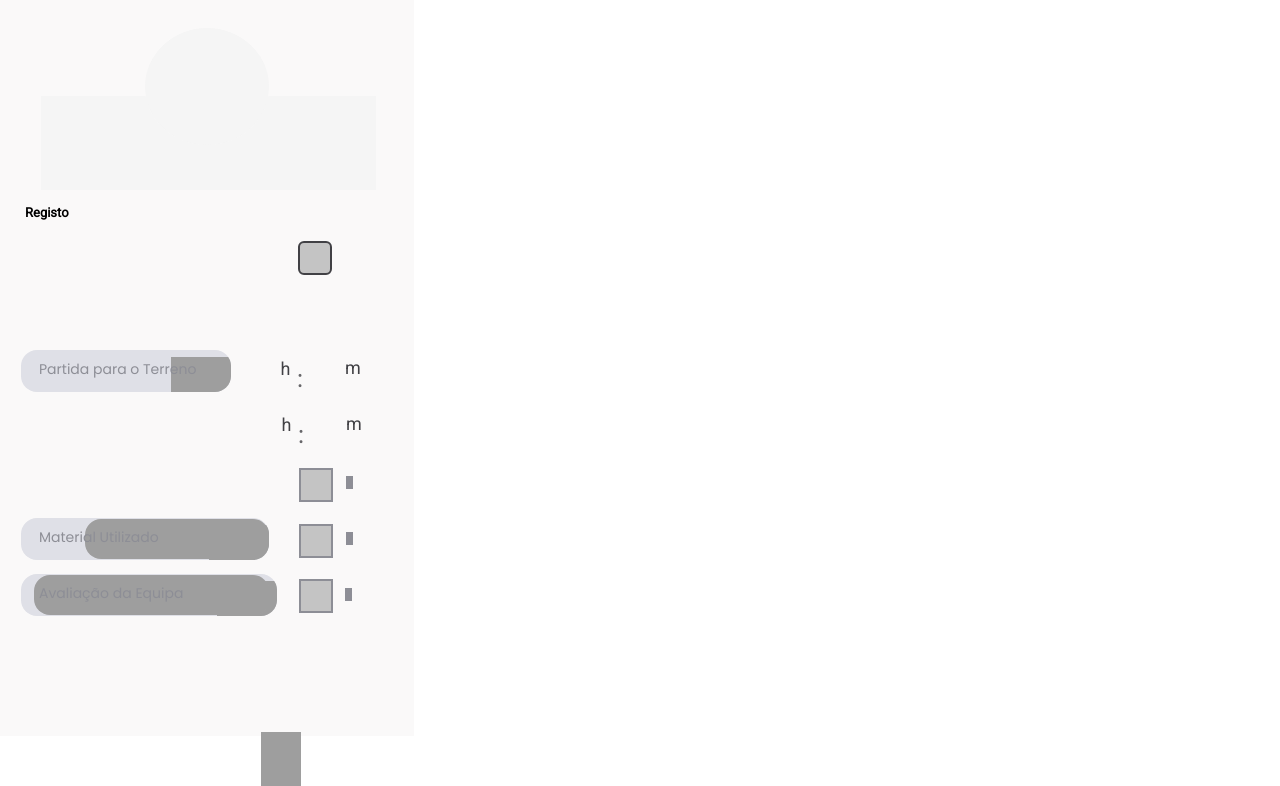
Repository: UnivMinho/D12_frontend
Page: Responsável no Terreno/Front-Office/RegistoDadosOcorrencia.html
The author's editor kept a record of every edit. The page is drawn from the files as they stood at one moment, then again after the next edit.
The browser window is 1280 px wide. The pictures show the whole page.
Pictures or frames that could not be fetched are drawn as grey boxes. Some web libraries are served in a nearby version.

Above is the page before.

### Responsável no Terreno/Front-Office/RegistoDadosOcorrencia.html
<!DOCTYPE html>
<html>

<head>
    <meta charset="utf-8">
    <meta name="viewport" content="width=device-width, initial-scale=1, maximum-scale=1, user-scalable=no">
    <link href="https://fonts.googleapis.com/css?family=Roboto&display=swap" rel="stylesheet" />
    <link href="https://fonts.googleapis.com/css?family=Mulish&display=swap" rel="stylesheet" />
    <link href="https://fonts.googleapis.com/css?family=Poppins&display=swap" rel="stylesheet" />
    <link href="./RegistoDadosOcorrencia.css" rel="stylesheet" />
    <link rel="stylesheet" href="https://pro.fontawesome.com/releases/v5.10.0/css/all.css" integrity="sha384-AYmEC3Yw5cVb3ZcuHtOA93w35dYTsvhLPVnYs9eStHfGJvOvKxVfELGroGkvsg+p" crossorigin="anonymous"/>
    <title>RegistoDadosOcorrencia</title>

</head>

<body>
    <div class="screen">
        <div class="retangulo"></div>
        <div class="circulo"></div>
        <div class="iconArquivos"></div>
    </div>
      <b> <span class="textoRegisto">Registo</span> </b>


    <span class="textoOcorrencia">OCORRÊNCIA 495</span>
        <div class="boxLevantamentoMaterial">
        <span class="textoLevantamentoMaterial">Levantamento de Material</span></div>

        <div class="boxPresencas">
            <span class="textoPresencas">Presença de Operacionais</span></div>

        <div class="boxChegada">
        <span class="textoChegada">Chegada ao Local</span></div>

        <div class="boxDadosComplementares">
           <span class="textoDadosComplementares">Dados Complementares</span></div>
        <div class="v165_3006">
            <div class="v165_3007">
                <div class="v165_3008">
                    <div class="v165_3009"></div>
                    <div class="v165_3010"></div>
                </div>
            </div>
            <div class="v165_3011"></div><span class="v165_3012">Avaliação da Equipa</span></div>
        <div class="v67_9">
            <div class="v67_10">
                <div class="v67_11">
                    <div class="v67_12"></div>
                    <div class="v67_13"></div>
                </div>
            </div><span class="v67_15">Partida para o Terreno</span></div>
        <div class="v62_41"></div>
        <div class="name"></div>
        <div class="name"></div>
        <div class="name"></div>
        <div class="v73_2"></div>
        <div class="v73_3"></div>
        <div class="v74_7"></div>
        <div class="v74_8"></div>
        <div class="v165_3013"></div>
        <div class="v165_3014"></div>
        <div class="v67_2">
            <div class="v67_3">
                <div class="v67_4">
                    <div class="v67_5"></div>
                    <div class="v67_6"></div>
                </div>
            </div>
            <div class="v67_7"></div><span class="v67_8">Material Utilizado</span></div>
        <div class="name"></div>
        <div class="name"></div>
        <div class="name"></div><span class="v121_185">:</span><span class="v121_186">h</span><span class="v121_187">m</span>
        <div class="name"></div>
        <div class="name"></div><span class="v121_192">:</span><span class="v121_193">h</span><span class="v121_194">m</span>
        <div class="v165_2883"></div>
    </div>
</body>

</html>

### Responsável no Terreno/Front-Office/RegistoDadosOcorrencia.css
* {
  overflow-x: hidden;
  padding: 0px !important;
  margin: 0px !important;
}

.screen {
    width: 414px;
    height: 736px;
    background: rgba(250, 249, 249, 1);
    opacity: 1;
    position: absolute;
    top: 0px;
    left: 0px;
    overflow: hidden;
}

.retangulo {
    width: 335px;
    height: 94px;
    background: rgba(245, 245, 245, 1);
    opacity: 1;
    position: absolute;
    top: 13%;
    left: 10%;
    overflow: hidden;
}

.circulo {
    width: 124px;
    height: 117px;
    background: rgba(245, 245, 245, 1);
    opacity: 1;
    position: absolute;
    top: 28px;
    left: 35%;
    border-radius: 50%;
}

.textoRegisto {
  width: 57px;
  color: rgba(0,0,0,1);
  position: absolute;
  top: 205px;
  left: 25px;
  font-family: Roboto;
  font-weight: Black;
  font-size: 13px;
  opacity: 1;
  text-align: left;
}

.v53_518 {
  width: 124px;
  height: 117px;
  background: rgba(245,245,245,1);
  opacity: 1;
  position: absolute;
  top: 32px;
  left: 131px;
  border-radius: 50%;
}

.v53_511 {
  width: 335px;
  height: 94px;
  background: rgba(245,245,245,1);
  opacity: 1;
  position: absolute;
  top: 96px;
  left: 20px;
  overflow: hidden;
}


.v53_519 {
  width: 255px;
  color: rgba(36,47,65,1);
  position: absolute;
  top: 146px;
  left: 66px;
  font-family: Mulish;
  font-weight: Regular;
  font-size: 30px;
  opacity: 1;
  text-align: center;
}


.v62_25 {
  width: 256px;
  height: 42px;
  background: rgba(239,240,246,1);
  opacity: 1;
  position: absolute;
  top: 236px;
  left: 21px;
  border-top-left-radius: 16px;
  border-top-right-radius: 16px;
  border-bottom-left-radius: 16px;
  border-bottom-right-radius: 16px;
  overflow: hidden;
}



.v62_30 {
  width: 184px;
  height: 40px;
  background: url("../images/v62_30.png");
  background-repeat: no-repeat;
  background-position: center center;
  background-size: cover;
  padding: 6px 0px;
  opacity: 1;
  position: absolute;
  top: 1px;
  left: 64px;
  border-top-left-radius: 16px;
  border-top-right-radius: 16px;
  border-bottom-left-radius: 16px;
  border-bottom-right-radius: 16px;
  overflow: hidden;
}

.v62_32 {
  width: 204px;
  color: rgba(65,65,69,1);
  position: absolute;
  top: 9px;
  left: 18px;
  font-family: Poppins;
  font-weight: Medium;
  font-size: 14px;
  opacity: 1;
  text-align: left;
}

.v64_382 {
  width: 256px;
  height: 42px;
  background: rgba(239,240,246,1);
  opacity: 1;
  position: absolute;
  top: 293px;
  left: 21px;
  border-top-left-radius: 16px;
  border-top-right-radius: 16px;
  border-bottom-left-radius: 16px;
  border-bottom-right-radius: 16px;
  overflow: hidden;
}

.v64_383 {
  width: 60px;
  height: 56px;
  background: url("../images/v64_383.png");
  background-repeat: no-repeat;
  background-position: center center;
  background-size: cover;
  padding: 22px 24px;
  margin: 10px;
  opacity: 1;
  position: absolute;
  top: 7px;
  left: 196px;
  overflow: hidden;
}

.v64_384 {
  width: 12px;
  height: 12px;
  background: rgba(255,255,255,1);
  opacity: 1;
  position: absolute;
  top: 33px;
  left: 93px;
  overflow: hidden;
}

.v64_385 {
  height: 16px;
  background: url("../images/v64_385.png");
  opacity: 1;
  position: absolute;
  top: 0px;
  left: 0px;
  border: 2px solid rgba(160,163,189,1);
  transform: rotate(-45deg);
}

.v64_386 {
  height: 16px;
  background: url("../images/v64_386.png");
  opacity: 1;
  position: absolute;
  top: 12px;
  left: 0px;
  border: 2px solid rgba(160,163,189,1);
  transform: rotate(-135deg);
}

.v64_387 {
  width: 184px;
  height: 40px;
  background: url("../images/v64_387.png");
  background-repeat: no-repeat;
  background-position: center center;
  background-size: cover;
  padding: 6px 0px;
  opacity: 1;
  position: absolute;
  top: 1px;
  left: 64px;
  border-top-left-radius: 16px;
  border-top-right-radius: 16px;
  border-bottom-left-radius: 16px;
  border-bottom-right-radius: 16px;
  overflow: hidden;
}

.v64_388 {
  width: 203px;
  color: rgba(65,65,69,1);
  position: absolute;
  top: 9px;
  left: 18px;
  font-family: Poppins;
  font-weight: Medium;
  font-size: 14px;
  opacity: 1;
  text-align: left;
}

.v69_382 {
  width: 210px;
  height: 42px;
  background: rgba(223,224,231,1);
  opacity: 1;
  position: absolute;
  top: 406px;
  left: 21px;
  border-top-left-radius: 16px;
  border-top-right-radius: 16px;
  border-bottom-left-radius: 16px;
  border-bottom-right-radius: 16px;
  overflow: hidden;
}

.v69_383 {
  width: 60px;
  height: 56px;
  background: url("../images/v69_383.png");
  background-repeat: no-repeat;
  background-position: center center;
  background-size: cover;
  padding: 22px 24px;
  margin: 10px;
  opacity: 1;
  position: absolute;
  top: 7px;
  left: 150px;
  overflow: hidden;
}

.v69_384 {
  width: 12px;
  height: 12px;
  background: rgba(255,255,255,1);
  opacity: 1;
  position: absolute;
  top: 33px;
  left: 139px;
  overflow: hidden;
}

.v69_385 {
  height: 16px;
  background: url("../images/v69_385.png");
  opacity: 1;
  position: absolute;
  top: 0px;
  left: 0px;
  border: 2px solid rgba(160,163,189,1);
  transform: rotate(-45deg);
}

.v69_386 {
  height: 16px;
  background: url("../images/v69_386.png");
  opacity: 1;
  position: absolute;
  top: 12px;
  left: 0px;
  border: 2px solid rgba(160,163,189,1);
  transform: rotate(-135deg);
}

.v69_387 {
  width: 184px;
  height: 40px;
  background: url("../images/v69_387.png");
  background-repeat: no-repeat;
  background-position: center center;
  background-size: cover;
  padding: 6px 0px;
  opacity: 1;
  position: absolute;
  top: 1px;
  left: 64px;
  border-top-left-radius: 16px;
  border-top-right-radius: 16px;
  border-bottom-left-radius: 16px;
  border-bottom-right-radius: 16px;
  overflow: hidden;
}

.v69_388 {
  width: 141px;
  color: rgba(141,142,150,1);
  position: absolute;
  top: 9px;
  left: 18px;
  font-family: Poppins;
  font-weight: Medium;
  font-size: 14px;
  opacity: 1;
  text-align: left;
}

.v72_1 {
  width: 257px;
  height: 42px;
  background: rgba(223,224,231,1);
  opacity: 1;
  position: absolute;
  top: 462px;
  left: 20px;
  border-top-left-radius: 16px;
  border-top-right-radius: 16px;
  border-bottom-left-radius: 16px;
  border-bottom-right-radius: 16px;
  overflow: hidden;
}

.v72_2 {
  width: 60px;
  height: 56px;
  background: url("../images/v72_2.png");
  background-repeat: no-repeat;
  background-position: center center;
  background-size: cover;
  padding: 22px 24px;
  margin: 10px;
  opacity: 1;
  position: absolute;
  top: 7px;
  left: 197px;
  overflow: hidden;
}

.v72_3 {
  width: 12px;
  height: 12px;
  background: rgba(255,255,255,1);
  opacity: 1;
  position: absolute;
  top: 33px;
  left: 92px;
  overflow: hidden;
}

.v72_4 {
  height: 16px;
  background: url("../images/v72_4.png");
  opacity: 1;
  position: absolute;
  top: 0px;
  left: 0px;
  border: 2px solid rgba(160,163,189,1);
  transform: rotate(-45deg);
}

.v72_5 {
  height: 16px;
  background: url("../images/v72_5.png");
  opacity: 1;
  position: absolute;
  top: 12px;
  left: 0px;
  border: 2px solid rgba(160,163,189,1);
  transform: rotate(-135deg);
}

.v72_6 {
  width: 24px;
  height: 36px;
  background: url("../images/v72_6.png");
  background-repeat: no-repeat;
  background-position: center center;
  background-size: cover;
  padding: 6px 0px;
  opacity: 1;
  position: absolute;
  top: 3px;
  left: 64px;
  border-top-left-radius: 16px;
  border-top-right-radius: 16px;
  border-bottom-left-radius: 16px;
  border-bottom-right-radius: 16px;
  overflow: hidden;
}

.v72_7 {
  width: 188px;
  color: rgba(141,142,150,1);
  position: absolute;
  top: 9px;
  left: 18px;
  font-family: Poppins;
  font-weight: Medium;
  font-size: 14px;
  opacity: 1;
  text-align: left;
}

.v165_3006 {
  width: 256px;
  height: 42px;
  background: rgba(223,224,231,1);
  opacity: 1;
  position: absolute;
  top: 574px;
  left: 21px;
  border-top-left-radius: 16px;
  border-top-right-radius: 16px;
  border-bottom-left-radius: 16px;
  border-bottom-right-radius: 16px;
  overflow: hidden;
}

.v165_3007 {
  width: 60px;
  height: 56px;
  background: url("../images/v165_3007.png");
  background-repeat: no-repeat;
  background-position: center center;
  background-size: cover;
  padding: 22px 24px;
  margin: 10px;
  opacity: 1;
  position: absolute;
  top: 7px;
  left: 196px;
  overflow: hidden;
}

.v165_3008 {
  width: 12px;
  height: 12px;
  background: rgba(255,255,255,1);
  opacity: 1;
  position: absolute;
  top: 33px;
  left: 93px;
  overflow: hidden;
}

.v165_3009 {
  height: 16px;
  background: url("../images/v165_3009.png");
  opacity: 1;
  position: absolute;
  top: 0px;
  left: 0px;
  border: 2px solid rgba(160,163,189,1);
  transform: rotate(-45deg);
}

.v165_3010 {
  height: 16px;
  background: url("../images/v165_3010.png");
  opacity: 1;
  position: absolute;
  top: 12px;
  left: 0px;
  border: 2px solid rgba(160,163,189,1);
  transform: rotate(-135deg);
}

.v165_3011 {
  width: 235px;
  height: 40px;
  background: url("../images/v165_3011.png");
  background-repeat: no-repeat;
  background-position: center center;
  background-size: cover;
  padding: 6px 0px;
  opacity: 1;
  position: absolute;
  top: 1px;
  left: 13px;
  border-top-left-radius: 16px;
  border-top-right-radius: 16px;
  border-bottom-left-radius: 16px;
  border-bottom-right-radius: 16px;
  overflow: hidden;
}

.v165_3012 {
  width: 160px;
  color: rgba(141,142,150,1);
  position: absolute;
  top: 9px;
  left: 18px;
  font-family: Poppins;
  font-weight: Medium;
  font-size: 14px;
  opacity: 1;
  text-align: left;
}

.v67_9 {
  width: 210px;
  height: 42px;
  background: rgba(223,224,231,1);
  opacity: 1;
  position: absolute;
  top: 350px;
  left: 21px;
  border-top-left-radius: 16px;
  border-top-right-radius: 16px;
  border-bottom-left-radius: 16px;
  border-bottom-right-radius: 16px;
  overflow: hidden;
}

.v67_10 {
  width: 60px;
  height: 56px;
  background: url("../images/v67_10.png");
  background-repeat: no-repeat;
  background-position: center center;
  background-size: cover;
  padding: 22px 24px;
  margin: 10px;
  opacity: 1;
  position: absolute;
  top: 7px;
  left: 150px;
  overflow: hidden;
}

.v67_11 {
  width: 12px;
  height: 12px;
  background: rgba(255,255,255,1);
  opacity: 1;
  position: absolute;
  top: 33px;
  left: 139px;
  overflow: hidden;
}

.v67_12 {
  height: 16px;
  background: url("../images/v67_12.png");
  opacity: 1;
  position: absolute;
  top: 0px;
  left: 0px;
  border: 2px solid rgba(160,163,189,1);
  transform: rotate(-45deg);
}

.v67_13 {
  height: 16px;
  background: url("../images/v67_13.png");
  opacity: 1;
  position: absolute;
  top: 12px;
  left: 0px;
  border: 2px solid rgba(160,163,189,1);
  transform: rotate(-135deg);
}

.v67_15 {
  width: 175px;
  color: rgba(141,142,150,1);
  position: absolute;
  top: 9px;
  left: 18px;
  font-family: Poppins;
  font-weight: Medium;
  font-size: 14px;
  opacity: 1;
  text-align: left;
}

.v62_41 {
  width: 30px;
  height: 30px;
  background: rgba(196,196,196,1);
  opacity: 1;
  position: absolute;
  top: 241px;
  left: 298px;
  border: 2px solid rgba(65,65,69,1);
  border-top-left-radius: 6px;
  border-top-right-radius: 6px;
  border-bottom-left-radius: 6px;
  border-bottom-right-radius: 6px;
  overflow: hidden;
}

.v73_2 {
  width: 30px;
  height: 30px;
  background: rgba(196,196,196,1);
  opacity: 1;
  position: absolute;
  top: 468px;
  left: 299px;
  border: 2px solid rgba(141,142,150,1);
}

.v73_3 {
  width: 7px;
  height: 13px;
  background: rgba(141,142,150,1);
  opacity: 1;
  position: absolute;
  top: 476px;
  left: 346px;
}

.v74_7 {
  width: 30px;
  height: 30px;
  background: rgba(196,196,196,1);
  opacity: 1;
  position: absolute;
  top: 524px;
  left: 299px;
  border: 2px solid rgba(141,142,150,1);
}

.v74_8 {
  width: 7px;
  height: 13px;
  background: rgba(141,142,150,1);
  opacity: 1;
  position: absolute;
  top: 532px;
  left: 346px;
}

.v165_3013 {
  width: 30px;
  height: 30px;
  background: rgba(196,196,196,1);
  opacity: 1;
  position: absolute;
  top: 579px;
  left: 299px;
  border: 2px solid rgba(141,142,150,1);
}

.v165_3014 {
  width: 7px;
  height: 13px;
  background: rgba(141,142,150,1);
  opacity: 1;
  position: absolute;
  top: 588px;
  left: 345px;
}

.v67_2 {
  width: 248px;
  height: 42px;
  background: rgba(223,224,231,1);
  opacity: 1;
  position: absolute;
  top: 518px;
  left: 21px;
  border-top-left-radius: 16px;
  border-top-right-radius: 16px;
  border-bottom-left-radius: 16px;
  border-bottom-right-radius: 16px;
  overflow: hidden;
}

.v67_3 {
  width: 60px;
  height: 56px;
  background: url("../images/v67_3.png");
  background-repeat: no-repeat;
  background-position: center center;
  background-size: cover;
  padding: 22px 24px;
  margin: 10px;
  opacity: 1;
  position: absolute;
  top: 7px;
  left: 188px;
  overflow: hidden;
}

.v67_4 {
  width: 12px;
  height: 12px;
  background: rgba(255,255,255,1);
  opacity: 1;
  position: absolute;
  top: 33px;
  left: 101px;
  overflow: hidden;
}

.v67_5 {
  height: 16px;
  background: url("../images/v67_5.png");
  opacity: 1;
  position: absolute;
  top: 0px;
  left: 0px;
  border: 2px solid rgba(160,163,189,1);
  transform: rotate(-45deg);
}

.v67_6 {
  height: 16px;
  background: url("../images/v67_6.png");
  opacity: 1;
  position: absolute;
  top: 12px;
  left: 0px;
  border: 2px solid rgba(160,163,189,1);
  transform: rotate(-135deg);
}

.v67_7 {
  width: 184px;
  height: 40px;
  background: url("../images/v67_7.png");
  background-repeat: no-repeat;
  background-position: center center;
  background-size: cover;
  padding: 6px 0px;
  opacity: 1;
  position: absolute;
  top: 1px;
  left: 64px;
  border-top-left-radius: 16px;
  border-top-right-radius: 16px;
  border-bottom-left-radius: 16px;
  border-bottom-right-radius: 16px;
  overflow: hidden;
}

.v67_8 {
  width: 135px;
  color: rgba(141,142,150,1);
  position: absolute;
  top: 9px;
  left: 18px;
  font-family: Poppins;
  font-weight: Medium;
  font-size: 14px;
  opacity: 1;
  text-align: left;
}

.v121_185 {
  width: 10px;
  color: rgba(102,102,105,1);
  position: absolute;
  top: 417px;
  left: 296px;
  font-family: Poppins;
  font-weight: Medium;
  font-size: 24px;
  opacity: 1;
  text-align: center;
}

.v121_186 {
  width: 15px;
  color: rgba(65,65,69,1);
  position: absolute;
  top: 414px;
  left: 279px;
  font-family: Roboto;
  font-weight: Black;
  font-size: 18px;
  opacity: 1;
  text-align: center;
}

.v121_187 {
  width: 20px;
  color: rgba(65,65,69,1);
  position: absolute;
  top: 413px;
  left: 344px;
  font-family: Roboto;
  font-weight: Black;
  font-size: 18px;
  opacity: 1;
  text-align: center;
}

.v121_192 {
  width: 10px;
  color: rgba(102,102,105,1);
  position: absolute;
  top: 361px;
  left: 295px;
  font-family: Poppins;
  font-weight: Medium;
  font-size: 24px;
  opacity: 1;
  text-align: center;
}

.v121_193 {
  width: 15px;
  color: rgba(65,65,69,1);
  position: absolute;
  top: 358px;
  left: 278px;
  font-family: Roboto;
  font-weight: Black;
  font-size: 18px;
  opacity: 1;
  text-align: center;
}

.v121_194 {
  width: 20px;
  color: rgba(65,65,69,1);
  position: absolute;
  top: 357px;
  left: 343px;
  font-family: Roboto;
  font-weight: Black;
  font-size: 18px;
  opacity: 1;
  text-align: center;
}


.v165_2883 {
  width: 40px;
  height: 54px;
  background: url("../images/v165_2883.png");
  opacity: 1;
  position: absolute;
  top: 732px;
  left: 261px;
}

After the next edit:
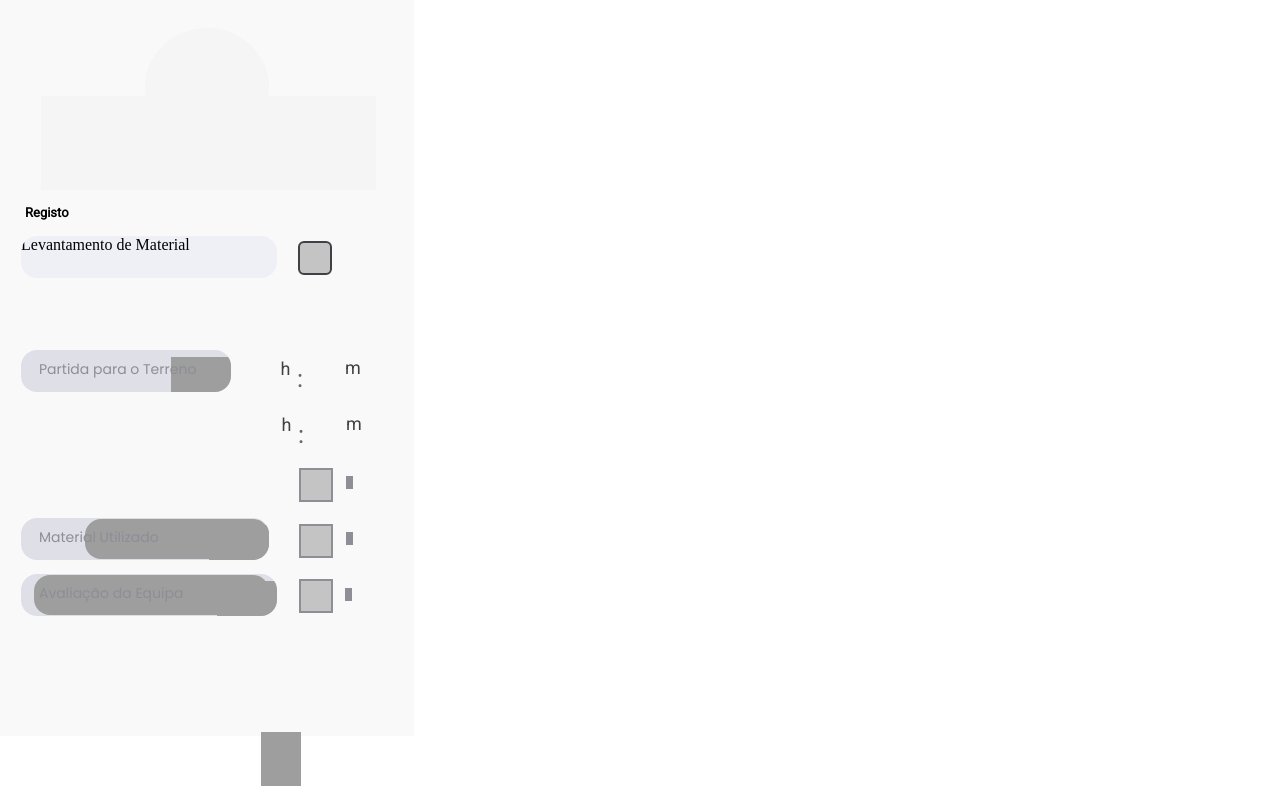
The edit:
--- a/Responsável no Terreno/Front-Office/RegistoDadosOcorrencia.css
+++ b/Responsável no Terreno/Front-Office/RegistoDadosOcorrencia.css
@@ -87,7 +87,7 @@
 }
 
 
-.v62_25 {
+.boxLevantamentoMaterial {
   width: 256px;
   height: 42px;
   background: rgba(239,240,246,1);
